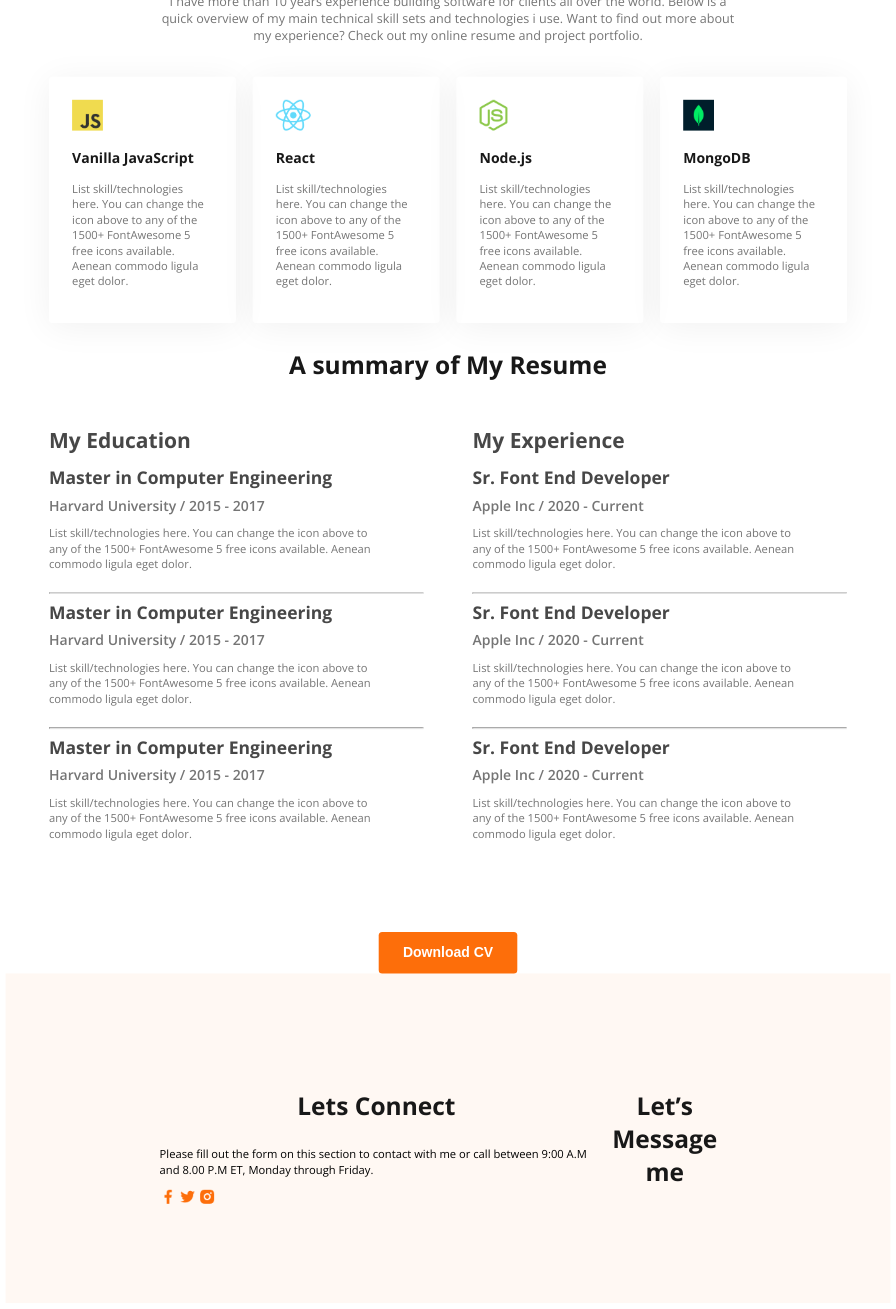
Repository: ShouravAhammed/Simple-Portfolio-Webpage
Page: index.html
An editor plug-in stored every save of this project. The page is shown before and after the next save, followed by the edit.
The browser window is 1280 px wide. The pictures show the part of the page from y = 1751 to 3671 px (the page is 3621 px tall before and 3671 px after), at 70% of full size.

Above is the page before, as saved 2024-01-06 03:49:17.

### index.html
<!DOCTYPE html>
<html lang="en">
<head>
    <meta charset="UTF-8">
    <meta name="viewport" content="width=device-width, initial-scale=1.0">
    <title>Mary</title>
    <link rel="stylesheet" href="index.css">
</head>
<body>
    <header class="header">
        <nav>
            <h3 class="nav-title">Ma<span class="text-primary">r</span>y</h3>
            <ul class="navber">
                <li><a href="">Portfolio</a></li>
                <li><a href="">Blog</a></li>
                <li><button class="btn-primary">Hire Me</button></li>
            </ul>
        </nav>
        <div class="banner">
            <div class="banner-content">
                <h3 class="banner-greeting">Hi, I  am</h3>
                <h1 class="banner-title">Mary Hardy</h1>
                <p class="banner-description">Shot what able cold new see hold.Friendly as an betrayed formerly he. Morning because as to society behaved moments.</p>
                <button class="btn-primary">Download</button>
                <button class="btn-primary">Contact</button>
            </div>
            <img class="profile-pic" src="images/hardy.png" alt="profile-pic">
        </div>
    </header>
    <main>
        <section class="about">
            <h3 class="section-title">About Me</h3>
            <p class="section-description">I, m a designer & developer with a passion for web design. I enjoy developing simple, clean and slick websites that provide real value to the end user. Thousands of clients have procured exceptional resulfs while working with me. Delivering work within time and budget which meets clients requirements in our mata.</p>
            <div class="about-info-container">
                <div class="about-info">
                    <h4 class="info-title">Name:</h4>
                    <p class="info-description">Mary Hardy</p>
                </div>
                <div class="about-info">
                    <h4 class="info-title">Email:</h4>
                    <p class="info-description">info@gmail.com</p>
                </div>
                <div class="about-info">
                    <h4 class="info-title">Date of birth:</h4>
                    <p class="info-description">11 November 1987</p>
                </div>
                <div class="about-info">
                    <h4 class="info-title">From:</h4>
                    <p class="info-description">Los Angeles, USA</p>
                </div>
            </div>
        </section>
        <!-- what i do section  -->
        <section>
            <h3 class="section-title">What I do</h3>
            <p id="what-i-do-description" class="section-description">I have more than 10 years experience building software for clients all over the world. Below is a quick overview of my main technical skill sets and technologies i use. Want to find out more about my experience? Check out my online resume and project portfolio.</p>
            <div class="skills-container">
                <div class="skills">
                    <img src="images/icons/js.png" alt="">
                    <h3 class="skills-title">Vanilla JavaScript</h3>
                    <p class="skills-description">List skill/technologies here. You can change the icon above to any of the 1500+ FontAwesome 5 free icons available. Aenean commodo ligula eget dolor.</p>
                </div>
                <div class="skills">
                    <img src="images/icons/react.png" alt="">
                    <h3 class="skills-title">React</h3>
                    <p class="skills-description">List skill/technologies here. You can change the icon above to any of the 1500+ FontAwesome 5 free icons available. Aenean commodo ligula eget dolor.</p>
                </div>
                <div class="skills">
                    <img src="images/icons/nodejs.png" alt="">
                    <h3 class="skills-title">Node.js</h3>
                    <p class="skills-description">List skill/technologies here. You can change the icon above to any of the 1500+ FontAwesome 5 free icons available. Aenean commodo ligula eget dolor.</p>
                </div>
                <div class="skills">
                    <img src="images/icons/mongo.png" alt="">
                    <h3 class="skills-title">MongoDB</h3>
                    <p class="skills-description">List skill/technologies here. You can change the icon above to any of the 1500+ FontAwesome 5 free icons available. Aenean commodo ligula eget dolor.</p>
                </div>
            </div>
        </section>
        <!-- Resume section -->
        <section>
            <h3 class="section-title">A summary of My Resume</h3>
            <div class="resume-container">
                <div class="resume-colum">
                    <h3 class="resume-column-title">My Education</h3>
                    <div class="resume-item">
                        <h3 class="resume-item-title">Master in Computer Engineering</h3>
                        <h4 class="resume-item-institute">Harvard University / 2015 - 2017</h4>
                        <p class="resume-item-description">List skill/technologies here. You can change the icon above
                            to any of the 1500+ FontAwesome 5 free icons available. Aenean commodo ligula eget dolor.</p>
                    </div>
                    <hr>
                    <div class="resume-item">
                        <h3 class="resume-item-title">Master in Computer Engineering</h3>
                        <h4 class="resume-item-institute">Harvard University / 2015 - 2017</h4>
                        <p class="resume-item-description">List skill/technologies here. You can change the icon above
                            to any of the 1500+ FontAwesome 5 free icons available. Aenean commodo ligula eget dolor.</p>
                    </div>
                    <hr>
                    <div class="resume-item">
                        <h3 class="resume-item-title">Master in Computer Engineering</h3>
                        <h4 class="resume-item-institute">Harvard University / 2015 - 2017</h4>
                        <p class="resume-item-description">List skill/technologies here. You can change the icon above
                            to any of the 1500+ FontAwesome 5 free icons available. Aenean commodo ligula eget dolor.</p>
                    </div>
                </div>
                <div class="resume-colum">
                    <h3 class="resume-column-title">My Experience</h3>
                    <div class="resume-item">
                        <h3 class="resume-item-title">Sr. Font End Developer</h3>
                        <h4 class="resume-item-institute">Apple Inc / 2020 - Current</h4>
                        <p class="resume-item-description">List skill/technologies here. You can change the icon above
                            to any of the 1500+ FontAwesome 5 free icons available. Aenean commodo ligula eget dolor.</p>
                    </div>
                    <hr>
                    <div class="resume-item">
                        <h3 class="resume-item-title">Sr. Font End Developer</h3>
                        <h4 class="resume-item-institute">Apple Inc / 2020 - Current</h4>
                        <p class="resume-item-description">List skill/technologies here. You can change the icon above
                            to any of the 1500+ FontAwesome 5 free icons available. Aenean commodo ligula eget dolor.</p>
                    </div>
                    <hr>
                    <div class="resume-item">
                        <h3 class="resume-item-title">Sr. Font End Developer</h3>
                        <h4 class="resume-item-institute">Apple Inc / 2020 - Current</h4>
                        <p class="resume-item-description">List skill/technologies here. You can change the icon above
                            to any of the 1500+ FontAwesome 5 free icons available. Aenean commodo ligula eget dolor.</p>
                    </div>
                </div>
            </div>
            <div class="download-cv">
                <button class="btn-primary">Download CV</button>
            </div>
        </section>
    </main>
    <footer>
        <div class="footer-column">
            <h3 class="section-title">Lets Connect</h3>
            <p class="footer-description">Please fill out the form on this section to contact with me or call between 9:00 A.M and 8.00 P.M ET, Monday through Friday.</p>
            <div class="social-link">
                <a href=""><img src="images/icons/facebook.png" alt="facebook"></a>
                <a href=""><img src="images/icons/twitter.png" alt="twitter"></a>
                <a href=""><img src="images/icons/insta.png" alt="insta"></a>
            </div>
        </div>
        <div class="footer-column">
            <h3 class="section-title">Let’s Message me</h3>
        </div>

    </footer>
</body>
</html>

### index.css
@import url('https://fonts.googleapis.com/css2?family=Lato:ital,wght@0,100;0,300;0,400;0,700;0,900;1,100;1,300;1,400;1,700;1,900&display=swap');
@import url('https://fonts.googleapis.com/css2?family=Open+Sans:ital,wght@0,300;0,400;0,500;0,600;0,700;0,800;1,300;1,400;1,500;1,600;1,700;1,800&display=swap');
/* google fonts import */
/* *{
    margin: 0;
    padding: 0;
    outline: 0;
} */
ul, ol{
    list-style: none;
}
body{
    font-family: 'Open Sans', sans-serif;
}
.text-primary{
    color: #FD6E0A;
}
.btn-primary{
    border-radius: 5px;
    color: #fff;
    background: #FD6E0A;
    font-size: 20px;
    font-weight: 700;
    padding: 18px 35px;
    border: 0;
}

/* nav related style */
nav{
    display: flex;
    justify-content: space-between;
    align-items: center;
    margin: 0 200px;
}
.nav-title{
    color: #181818;
    font-size: 45px;
    font-weight: 800;
}
nav > ul{
    display: flex;
    align-items: center;
}
nav li{
    margin-right: 50px;
}
nav a{
    text-decoration: none;
    color: #474747;
}
/* header related style */
.header{
    background: #FFF8F3;
    background-image: url(images/header_bg.png);
    background-position: bottom right;
    background-repeat: no-repeat;
}
.banner{
    display: flex;
    justify-content: space-between;
    padding: 30px 30px 0px 150px;
    align-items: center;
}
.banner-content{
    max-width: 580px;
}
.banner .profile-pic{
    width: 500px;
}
.banner-greeting{
    color: #474747;
    font-size: 45px;
    margin-bottom: 0;
}
.banner-title{
    color: #181818;
    font-size: 85px;
    font-weight: 700;
    margin-top: 5px;
    margin-bottom: 20px;
}
.banner-description{
    color: #575757;
    font-size: 18px;
    font-weight: 400;
    margin-bottom: 20px;
}
/* main part style */
main{
    max-width: 1140px;
    margin: 0 auto;
}
/* about part style */
.about{
    border-radius: 10px;
    background: #FFF8F3;
    margin: 130px 0px;
    padding: 130px 155px;
}
.section-title{
    color: #181818;
    text-align: center;
    font-size: 35px;
    font-weight: 700;
}
.section-description{
    color: #757575;
    text-align: center;
    font-size: 18px;
    font-weight: 400;
}
.about-info-container{
    display: flex;
    justify-content: space-around;
}
.about-info{
    text-align: center;
}
.info-title{
    color:  #757575;
    text-align: center;
    font-size: 20px;
    font-weight: 400;
    margin-bottom: 0px;
}
.info-description{
    color:#474747;
    font-size: 20px;
    font-weight: 700;
    margin-top: 10px;
}
#what-i-do-description{
    padding: 30px 150px;
}
/* what i do section style */
.skills-container{
    display: flex;
    gap: 24px;
}
.skills{
    border-radius: 5px;
    box-shadow: 0px 6px 50px 0px rgba(0, 0, 0, 0.06);
    padding: 33px
}
.skills-title{
    color: #181818;
    font-size: 20px;
    font-weight: 700;
}
.skills-description{
    color:#757575;
    font-size: 16px;
    font-weight: 400;
}
/* Resume sectionpart start */
.resume-container{
    display: flex;
    gap: 70px;
    margin-bottom: 100px;
}
.resume-container hr{
    background: #d1d1d1;
    height: 0.1px;
}
.resume-column-title{
    color:#474747;
    font-size: 30px;
    font-weight: 700;
    margin-bottom: 15px;
}
.resume-item-title{
    color: #474747;
    font-size: 25px;
    font-weight: 700;
    margin-top: 0px;
    margin-bottom: 10px;
}
.resume-item-institute{
    color: #757575;
    font-size: 20px;
    font-weight: 600;
    margin-top: 0px;
    margin-bottom: 15px;
}
.resume-item-description{
    color: #757575;
    font-size: 16px;
    font-weight: 400;
    margin-top: 10px;
    margin-bottom: 30px;
    padding-right: 50px;
}
.download-cv{
    text-align: center;
    margin-top: 50px;
}
/* footer part style */
footer{
    display: flex;
    background: #fff8f3;
    padding: 130px 220px;
    max-width: 1140px;
}

After the next save:
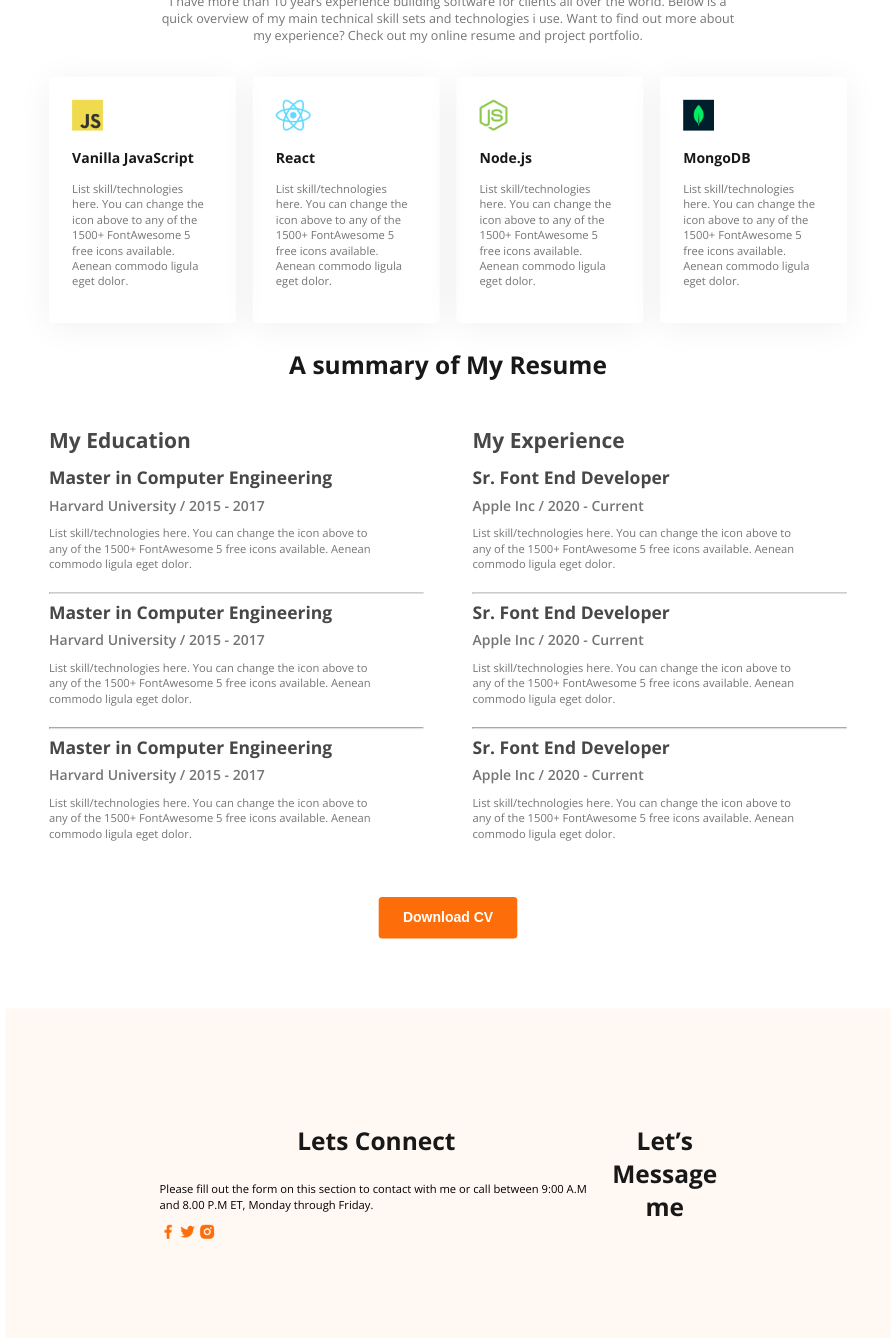
Saved 42 s later.
--- a/index.css
+++ b/index.css
@@ -156,7 +156,6 @@ main{
 .resume-container{
     display: flex;
     gap: 70px;
-    margin-bottom: 100px;
 }
 .resume-container hr{
     background: #d1d1d1;
@@ -199,5 +198,5 @@ footer{
     display: flex;
     background: #fff8f3;
     padding: 130px 220px;
-    max-width: 1140px;
-}
+    margin-top: 100px;
+}
